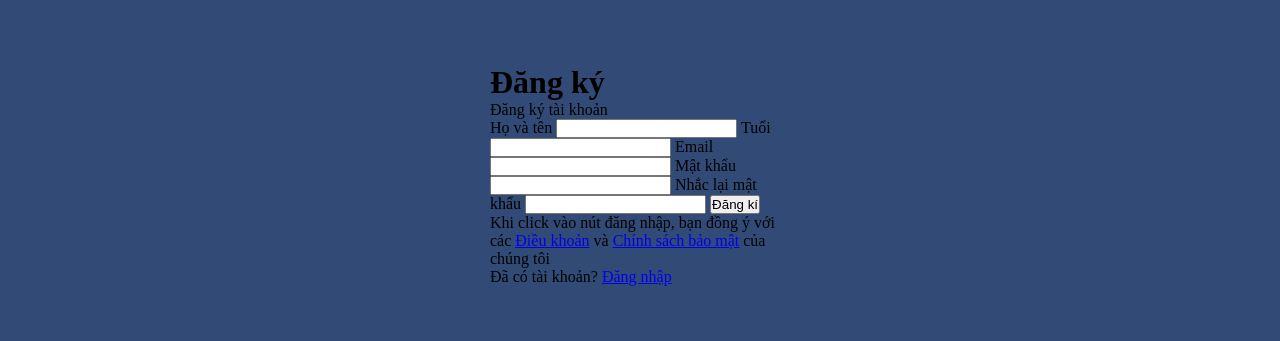
Repository: Ngoc28/HTML-CSS
Page: form/index.html
These files come from the project's save history. The page is drawn as it stood at one moment and after the next save; the edit follows.
The browser window is 1280 px wide. The pictures show the whole page.

Above is the page before, as saved 2023-08-05 14:36:55.

After the next save:
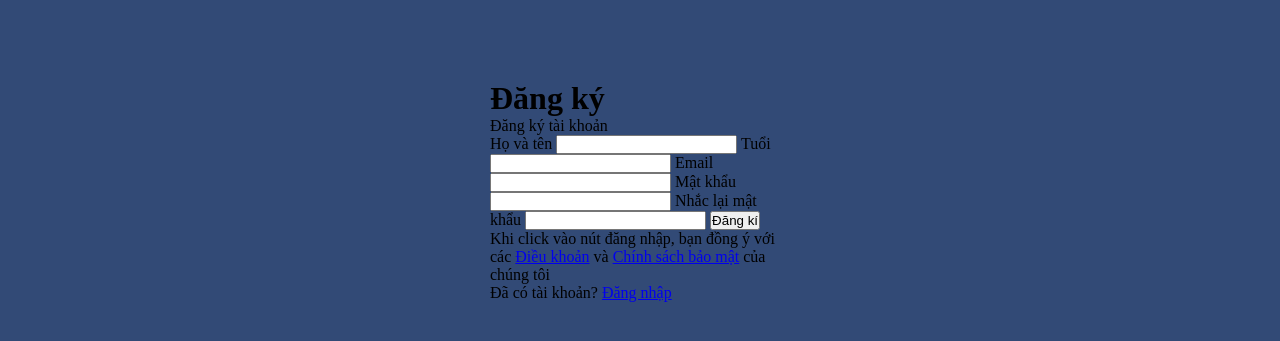
Saved 35 s later.
--- a/form/styles.css
+++ b/form/styles.css
@@ -12,7 +12,7 @@ body {
     display: flex;
     justify-content: center;
     align-items: center;
-    margin-top: 5%;
+    margin-top: 80px;
 }
 
 .form-register {
